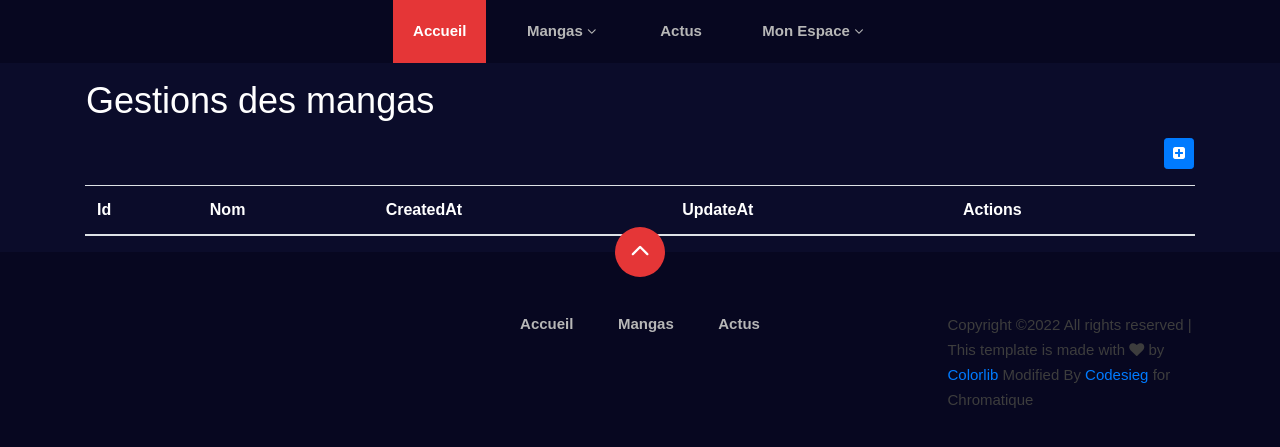
Repository: Codesieg/Chromatique
Page: chromatique/resources/views/admin/browse.blade.php
The author's editor kept a copy of each file at every save. The page is drawn from the files as they stood at one save, then again after the next save.
The browser window is 1280 px wide. The pictures show the whole page.
Some web fonts or font styles are not loaded; a fallback is used. The page is served by the project's Laravel application, run on PHP 8.4 with Laravel 8. The template is opened directly, without the code that normally fills it, so the values that code supplies are empty.

Above is the page before, as saved 2022-04-03 16:29:25.

After the next save:
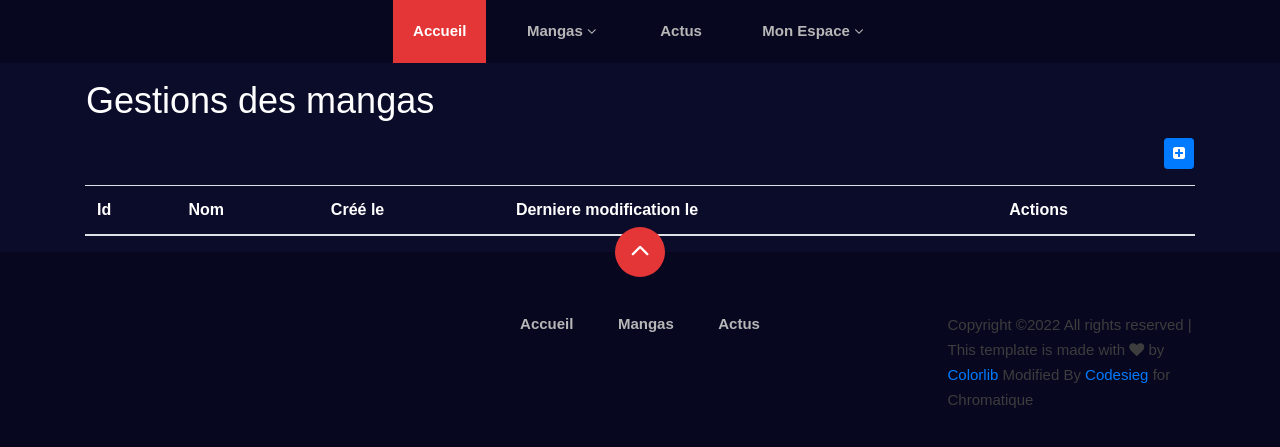
Saved 55 s later.
--- a/chromatique/resources/views/admin/browse.blade.php
+++ b/chromatique/resources/views/admin/browse.blade.php
@@ -13,8 +13,8 @@
             <tr>
                 <th class="text-white">Id</th>
                 <th class="text-white">Nom</th>
-                <th class="text-white">CreatedAt</th>
-                <th class="text-white">UpdateAt</th>
+                <th class="text-white">Créé le</th>
+                <th class="text-white">Derniere modification le</th>
                 <th class="text-white">Actions</th>
             </tr>
             </thead>
